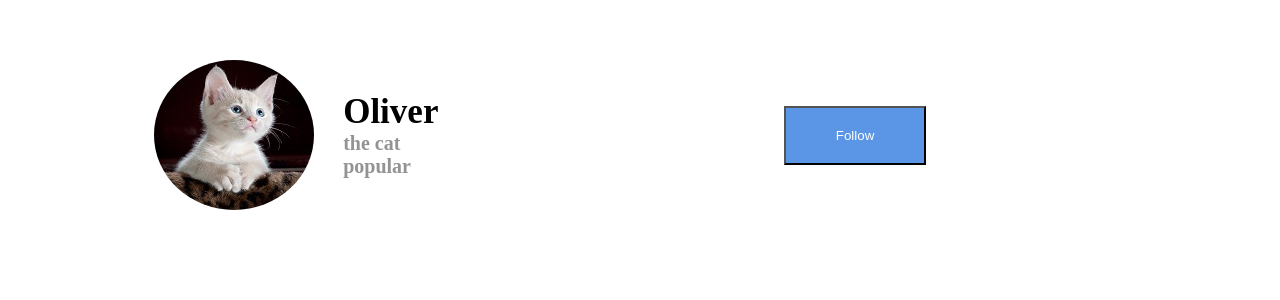
Repository: arifshahriyarnader/css-flexbox
Page: Exercise 4/index.html
The author's editor kept a copy of each file at every save. The page is drawn from the files as they stood at one save, then again after a run of saves.
The browser window is 1280 px wide. The pictures show the whole page.

Above is the page before, as saved 2024-06-21 11:44:03.

After the next 2 saves:
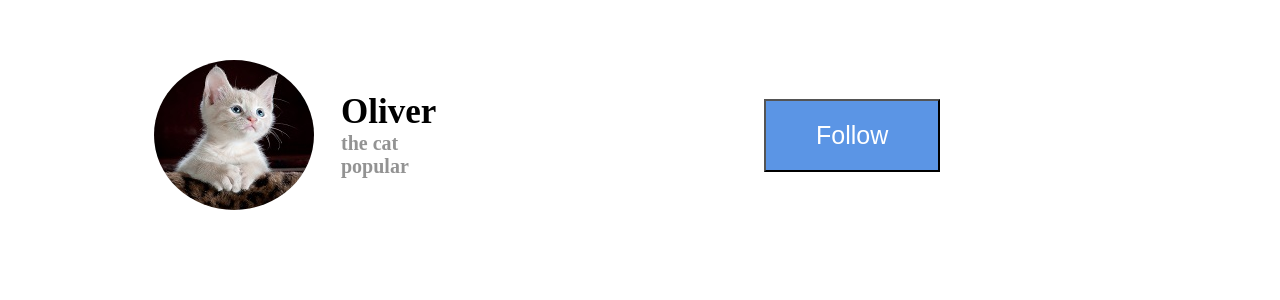
The 2 saves are shown as one change because they came seconds apart.
The last was saved 5 s later.
--- a/Exercise 4/css/style.css
+++ b/Exercise 4/css/style.css
@@ -28,5 +28,5 @@
     background-color: #5B95E5;
     color: #fff;
     padding: 20px 50px;
-    font
+    font-size: 25px;
 }
